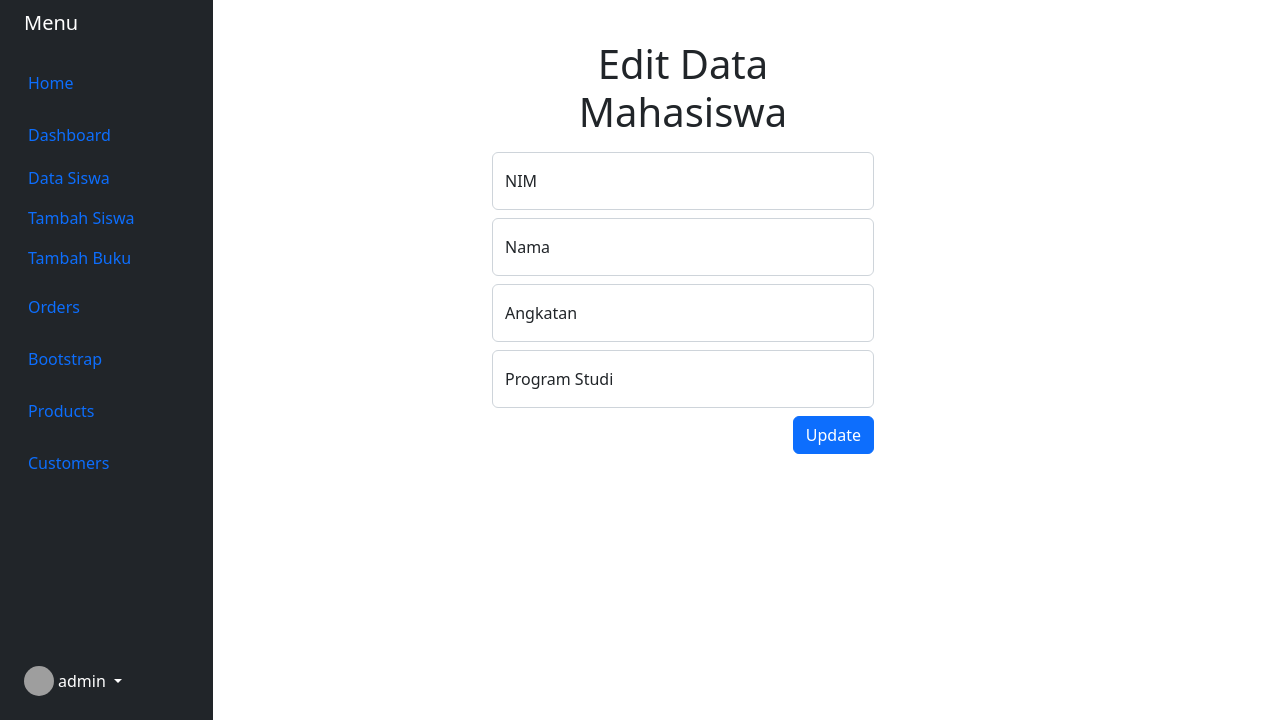
Repository: ervina991/uas-headless-cms
Page: /admin/siswa/updatesiswa
These files come from the project's save history. The page is drawn as it stood at one moment and after the next save; the edit follows.
The browser window is 1280 px wide. The pictures show the whole page.
Pictures or frames that could not be fetched are drawn as grey boxes. The project was rebuilt for these pictures with package versions that can differ from the ones it lists, and the page was loaded fresh each time. The framework's server and built-in components were replaced by stand-ins that run in the browser. Also part of the build but not shown: next.config.js.

Above is the page before, as saved 2023-01-16 17:47:21.

### pages/_app.js
//import '../styles/globals.css'
import React from 'react'
import { SessionProvider } from 'next-auth/react'
import 'bootstrap/dist/css/bootstrap.min.css'

function MyApp({ Component, pageProps:{session, ...pageProps} }) {
  return (
    <SessionProvider session={session}>
      <Component {...pageProps} />
    </SessionProvider>
  );
}

export default MyApp

### pages/admin/siswa/updatesiswa.js
//@ts-check

import UpdateSiswa from "../../../components/admin/siswa/UpdateSiswa"
import AdminLayout from "../../../components/admin/AdminLayout";
import React from "react";
const updatesiswa = () => {
    return (
        <div>
            <AdminLayout>
                <UpdateSiswa />
            </AdminLayout>
        </div>
     );
}

export default updatesiswa;

### components/admin/siswa/UpdateSiswa.js
//@ts-check

import { useEffect, useState } from "react";
import Router, { useRouter } from 'next/router';
import axios from "axios";
import React from "react";

const UpdateMahasiswa = () => {
    //Deklarasi state
    const [_nim, setNim] = useState('');
    const [_nama, setNama] = useState('');
    const [_angkatan, setAngkatan] = useState('');
    const [_prodi, setProdi] = useState('');
    // const [_foto, setFoto] = useState(null);
    // const [selectedFile, setSelectedFile] = useState('');
    // const [file, setFile] = useState('');

    // mengambil data yang dikrim melalui router
    const router = useRouter();
    const { nim, nama, angkatan, prodi } = router.query;

    useEffect(() => {
        if (typeof nim == 'string') {
            setNim(nim);
        }
        if (typeof nama == 'string') {
            setNama(nama)
        }
        if (typeof angkatan == 'string') {
            setAngkatan(angkatan)
        }
        if (typeof prodi == 'string') {
            setProdi(prodi)
        }
    }, [nim, nama, angkatan, prodi])

/*     const onSelectImage = (e) => {
        if (!e.target.files || e.target.files.length === 0) {
            setSelectedFile(undefined)
            return
        }

        const _file = e.target.files[0];

        const reader = new FileReader()
        reader.onload = function () {
            setFile(_file);
            setFoto(reader.result);
        }
        reader.readAsDataURL(_file)
    }
 */
    const submitHandler = async (e) => {
        e.preventDefault()
        // setSubmitting(true)
        try {

            axios
            .put(`http://localhost:1337/api/mahasiswas?filters[nim][$eq]=${_nim}`, {
                nim: _nim,
                nama: _nama,
                angkatan: _angkatan,
                prodi: _prodi,
            })

            /*  .put(`http://localhost:5000/mahasiswa/${_nim}`, {
                    nim: _nim,
                    nama: _nama,
                    angkatan: _angkatan,
                    prodi: _prodi,
                })
 */                .then(response => {
                    console.log(response);
                });

            alert("Update Data Sukses")
            Router.push('/admin/mahasiswa/datamahasiswa')
        } catch (e) {
            //throw Error(e.message)
            console.log({ message: e.message });
        }
    }

    return (
        <div>
            <div className="container mt-4">
                <form className="w-50 mx-auto" onSubmit={submitHandler}>
                    <h1 className="w-75 font-bold text-center mb-3">Edit Data Mahasiswa</h1>

{/*                     <div className="w-75 text-center mb-3">
                        <label htmlFor="uploadGambar">
                            <img
                                className="rounded-circle"
                                src={_foto} alt="Pilih Foto"
                                style={{
                                    background: "gray",
                                    width: "100px", height: "100px"
                                }} />
                        </label>
                        <input
                            id="uploadGambar"
                            type="file"
                            style={{ display: "none" }}
                            onChange={onSelectImage} />
                    </div>
 */}
                    <div className="w-75">
                        <div className="form-floating">
                            <input
                                className="form-control mb-2"
                                id="nim"
                                type="text"
                                placeholder="NIM"
                                value={_nim}
                                onChange={(e) => setNim(e.target.value)}
                            />
                            <label htmlFor="nim">NIM</label>
                        </div>

                        <div className="form-floating">
                            <input
                                className="form-control mb-2"
                                id="nama"
                                type="text"
                                placeholder="nama"
                                value={_nama}
                                onChange={(e) => setNama(e.target.value)}
                            />
                            <label htmlFor="nim">Nama</label>
                        </div>

                        <div className="form-floating">
                            <input
                                className="form-control mb-2"
                                id="angkatan"
                                type="text"
                                placeholder="angkatan"
                                value={_angkatan}
                                onChange={(e) => setAngkatan(e.target.value)}
                            />
                            <label htmlFor="nim">Angkatan</label>
                        </div>
                        <div className="form-floating">
                            <input
                                className="form-control mb-2"
                                id="prodi"
                                type="text"
                                placeholder="Program Studi"
                                value={_prodi}
                                onChange={(e) => setProdi(e.target.value)}
                            />
                            <label htmlFor="nim">Program Studi</label>
                        </div>

                        <div className="d-flex flex-row-reverse">
                            <button className="btn btn-primary" type="submit">Update</button>
                        </div>
                    </div>
                </form>
            </div>
        </div>
    );
}

export default UpdateMahasiswa;

### components/admin/AdminLayout.js

import SideBar from './SideBar';

function AdminLayout({children}) {
    return (
        <div>
            <SideBar children = {children} />
                {/* {children}
            </SideBar> */}
        </div>
    );
}
export default AdminLayout;

Loaded but not shown: components/admin/SideBar.js (246 lines, source omitted)

After the next save:
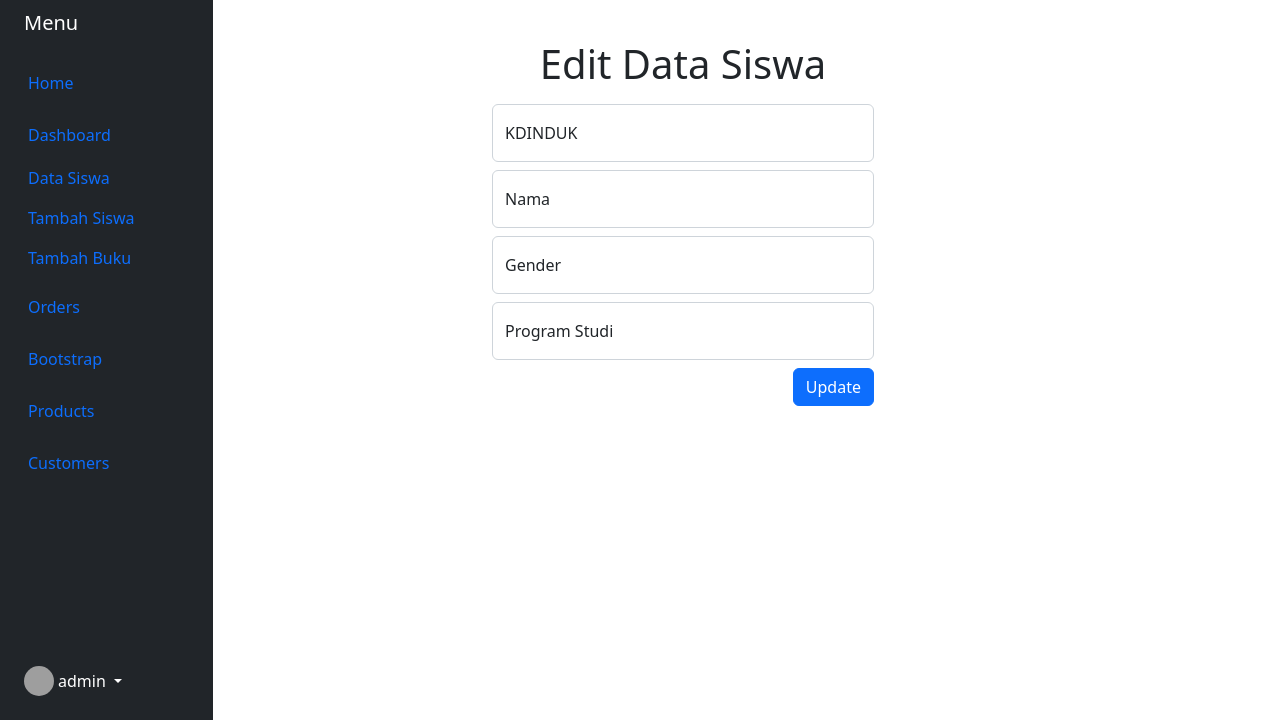
Saved 6 s later.
--- a/components/admin/siswa/UpdateSiswa.js
+++ b/components/admin/siswa/UpdateSiswa.js
@@ -5,34 +5,34 @@ import Router, { useRouter } from 'next/router';
 import axios from "axios";
 import React from "react";
 
-const UpdateMahasiswa = () => {
+const UpdateSiswa = () => {
     //Deklarasi state
-    const [_nim, setNim] = useState('');
+    const [_kdinduk, setKdinduk] = useState('');
     const [_nama, setNama] = useState('');
-    const [_angkatan, setAngkatan] = useState('');
-    const [_prodi, setProdi] = useState('');
+    const [_gender, setGender] = useState('');
+    const [_kelas, setKelas] = useState('');
     // const [_foto, setFoto] = useState(null);
     // const [selectedFile, setSelectedFile] = useState('');
     // const [file, setFile] = useState('');
 
     // mengambil data yang dikrim melalui router
     const router = useRouter();
-    const { nim, nama, angkatan, prodi } = router.query;
+    const { kdinduk, nama, gender, kelas } = router.query;
 
     useEffect(() => {
-        if (typeof nim == 'string') {
-            setNim(nim);
+        if (typeof kdinduk == 'string') {
+            setKdinduk(kdinduk);
         }
         if (typeof nama == 'string') {
             setNama(nama)
         }
-        if (typeof angkatan == 'string') {
-            setAngkatan(angkatan)
+        if (typeof gender == 'string') {
+            setGender(gender)
         }
-        if (typeof prodi == 'string') {
-            setProdi(prodi)
+        if (typeof kelas == 'string') {
+            setKelas(kelas)
         }
-    }, [nim, nama, angkatan, prodi])
+    }, [kdinduk, nama, gender, kelas])
 
 /*     const onSelectImage = (e) => {
         if (!e.target.files || e.target.files.length === 0) {
@@ -56,25 +56,25 @@ const UpdateMahasiswa = () => {
         try {
 
             axios
-            .put(`http://localhost:1337/api/mahasiswas?filters[nim][$eq]=${_nim}`, {
-                nim: _nim,
+            .put(`http://localhost:1337/api/siswas?filters[kdinduk][$eq]=${_kdinduk}`, {
+                kdinduk: _kdinduk,
                 nama: _nama,
-                angkatan: _angkatan,
-                prodi: _prodi,
+                gender: _gender,
+                kelas: _kelas,
             })
 
-            /*  .put(`http://localhost:5000/mahasiswa/${_nim}`, {
-                    nim: _nim,
+            /*  .put(`http://localhost:5000/siswa/${_kdinduk}`, {
+                    kdinduk: _kdinduk,
                     nama: _nama,
-                    angkatan: _angkatan,
-                    prodi: _prodi,
+                    gender: _gender,
+                    kelas: _kelas,
                 })
  */                .then(response => {
                     console.log(response);
                 });
 
             alert("Update Data Sukses")
-            Router.push('/admin/mahasiswa/datamahasiswa')
+            Router.push('/admin/siswa/datasiswa')
         } catch (e) {
             //throw Error(e.message)
             console.log({ message: e.message });
@@ -85,7 +85,7 @@ const UpdateMahasiswa = () => {
         <div>
             <div className="container mt-4">
                 <form className="w-50 mx-auto" onSubmit={submitHandler}>
-                    <h1 className="w-75 font-bold text-center mb-3">Edit Data Mahasiswa</h1>
+                    <h1 className="w-75 font-bold text-center mb-3">Edit Data Siswa</h1>
 
 {/*                     <div className="w-75 text-center mb-3">
                         <label htmlFor="uploadGambar">
@@ -108,13 +108,13 @@ const UpdateMahasiswa = () => {
                         <div className="form-floating">
                             <input
                                 className="form-control mb-2"
-                                id="nim"
+                                id="kdinduk"
                                 type="text"
-                                placeholder="NIM"
-                                value={_nim}
-                                onChange={(e) => setNim(e.target.value)}
+                                placeholder="KDINDUK"
+                                value={_kdinduk}
+                                onChange={(e) => setKdinduk(e.target.value)}
                             />
-                            <label htmlFor="nim">NIM</label>
+                            <label htmlFor="kdinduk">KDINDUK</label>
                         </div>
 
                         <div className="form-floating">
@@ -126,30 +126,30 @@ const UpdateMahasiswa = () => {
                                 value={_nama}
                                 onChange={(e) => setNama(e.target.value)}
                             />
-                            <label htmlFor="nim">Nama</label>
+                            <label htmlFor="kdinduk">Nama</label>
                         </div>
 
                         <div className="form-floating">
                             <input
                                 className="form-control mb-2"
-                                id="angkatan"
+                                id="gender"
                                 type="text"
-                                placeholder="angkatan"
-                                value={_angkatan}
-                                onChange={(e) => setAngkatan(e.target.value)}
+                                placeholder="gender"
+                                value={_gender}
+                                onChange={(e) => setGender(e.target.value)}
                             />
-                            <label htmlFor="nim">Angkatan</label>
+                            <label htmlFor="kdinduk">Gender</label>
                         </div>
                         <div className="form-floating">
                             <input
                                 className="form-control mb-2"
-                                id="prodi"
+                                id="kelas"
                                 type="text"
                                 placeholder="Program Studi"
-                                value={_prodi}
-                                onChange={(e) => setProdi(e.target.value)}
+                                value={_kelas}
+                                onChange={(e) => setKelas(e.target.value)}
                             />
-                            <label htmlFor="nim">Program Studi</label>
+                            <label htmlFor="kdinduk">Program Studi</label>
                         </div>
 
                         <div className="d-flex flex-row-reverse">
@@ -162,4 +162,4 @@ const UpdateMahasiswa = () => {
     );
 }
 
-export default UpdateMahasiswa;
+export default UpdateSiswa;
